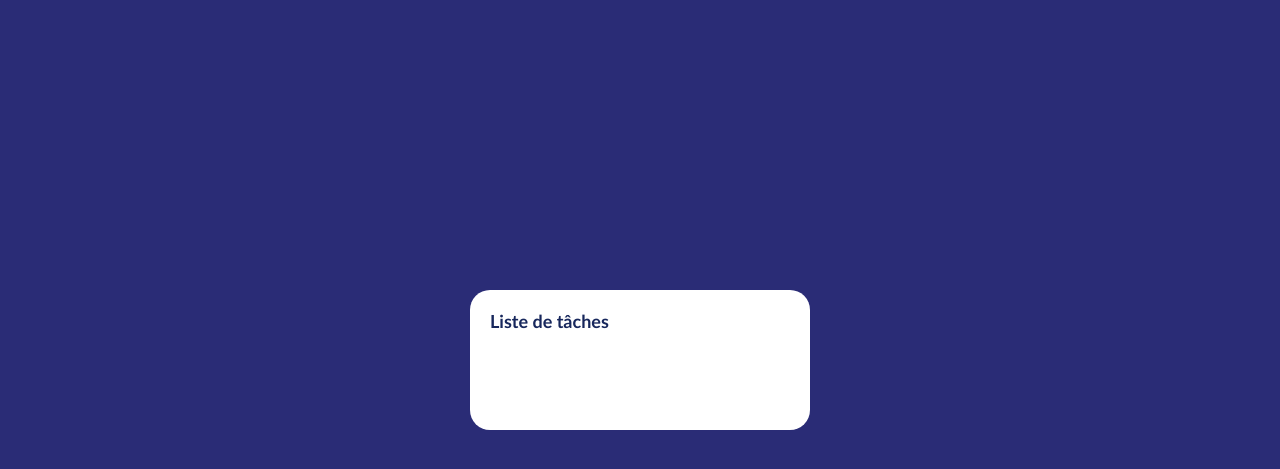
Repository: ndiemenguer/convertisseur
Page: / (app in todo-isep/)
An editor plug-in stored every save of this project. The page is shown before and after the next save, followed by the edit.
The browser window is 1280 px wide. The pictures show the whole page.
The project was rebuilt for these pictures with package versions that can differ from the ones it lists, and the page was loaded fresh each time. Also part of the build but not shown: todo-isep/vite.config.js, todo-isep/src/Application.jsx, todo-isep/src/index.css.

Above is the page before, as saved 2023-05-06 12:14:23.

### todo-isep/src/main.jsx
import React from 'react'
import ReactDOM from 'react-dom/client'
import App from './App.jsx'
import ApplicationDev from './Application.jsx'
import './index.css'


ReactDOM.createRoot(document.getElementById('root')).render(
  <React.StrictMode>
    <App />
  </React.StrictMode>,
)

### todo-isep/src/App.jsx
import "./App.css";

function App() {
  return (
    <>
      <main className="container">
        <div className="title">Liste de tâches</div>
      </main>
    </>
  );
}

export default App;

### todo-isep/src/App.css
body {
  background: #2a2c76;
  display: flex;
  height: 100vh;
  width: 100vw;
  margin: 0;
  justify-content: center;
  align-items: center;
  font-family: calibri;
}

.container {
  background: white;
  width: 300px;
  min-height: 100px;
  border-radius: 20px;
  display: flex;
  flex-direction: column;
  gap: 20px;
  padding: 20px;
}

.container .title {
  font-size: 18px;
  font-weight: 600;
  color: #17275c;
}

.input-box {
}

Loaded but not shown: todo-isep/index.html (common file)

After the next save:
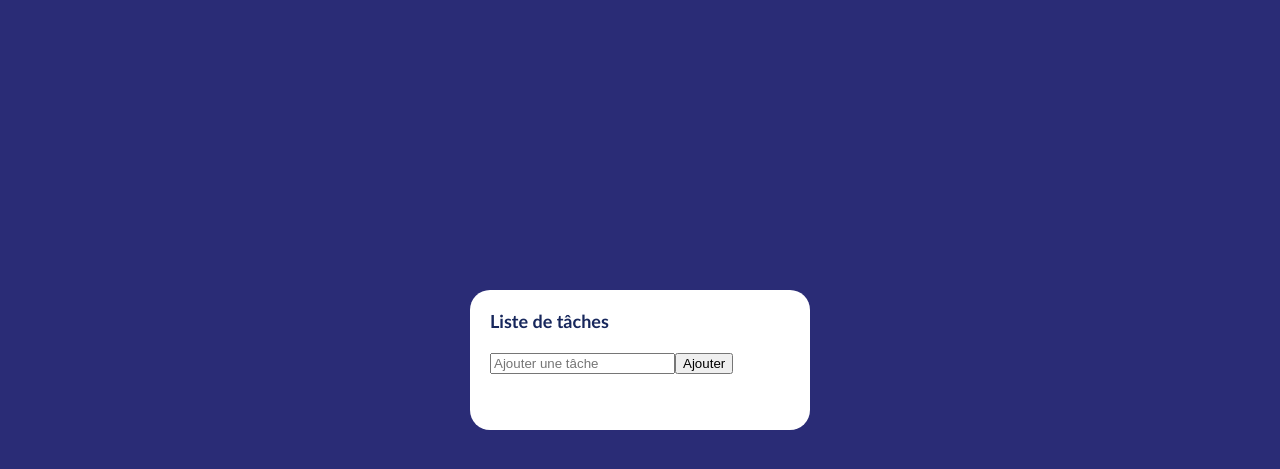
Saved 20 s later.
--- a/todo-isep/src/App.jsx
+++ b/todo-isep/src/App.jsx
@@ -5,6 +5,10 @@ function App() {
     <>
       <main className="container">
         <div className="title">Liste de tâches</div>
+        <div className="input-box">
+          <input type="text" placeholder="Ajouter une tâche" />
+          <button>Ajouter</button>
+        </div>
       </main>
     </>
   );
